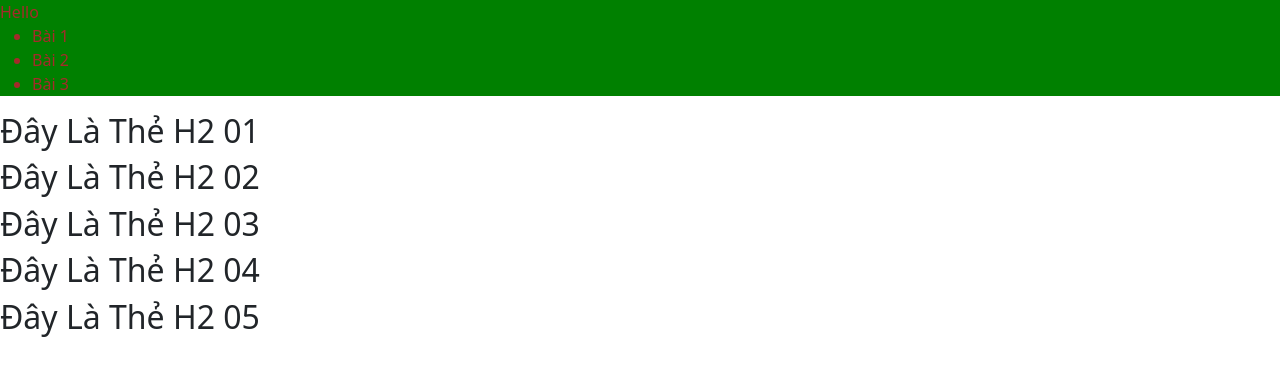
Repository: HuynhDuc23/learn__javascript__basic
Page: lab19/dom.html
The author's editor kept a copy of each file at every save. The page is drawn from the files as they stood at one save, then again after the next save.
The browser window is 1280 px wide. The pictures show the whole page.

Above is the page before, as saved 2024-01-10 09:54:15.

After the next save:
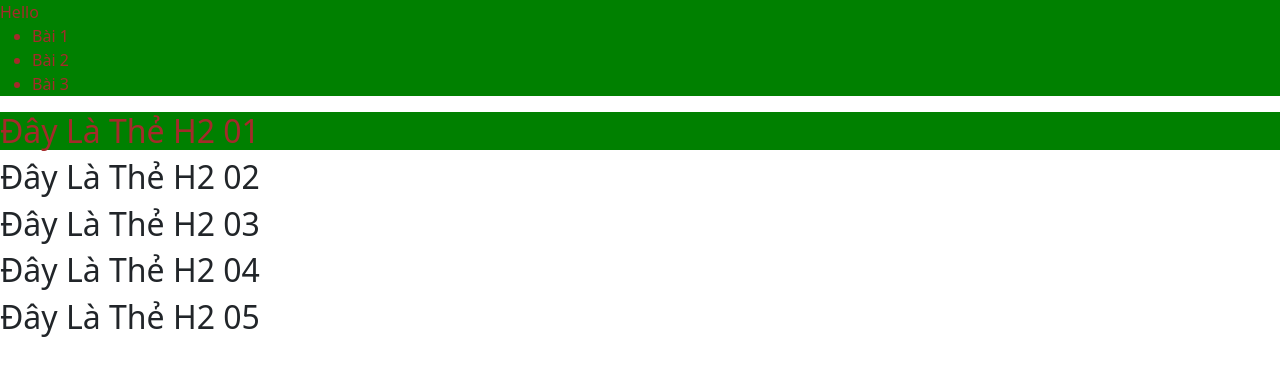
Saved 62 s later.
--- a/lab19/dom.html
+++ b/lab19/dom.html
@@ -37,6 +37,7 @@
 
        const listH2 =  document.getElementsByTagName("h2");
        console.log(listH2);
+       listH2[0].classList.add("dark")
     </script>
        <script src="https://cdn.jsdelivr.net/npm/bootstrap@5.3.2/dist/js/bootstrap.bundle.min.js" integrity="sha384-C6RzsynM9kWDrMNeT87bh95OGNyZPhcTNXj1NW7RuBCsyN/o0jlpcV8Qyq46cDfL" crossorigin="anonymous"></script>
 </body>
